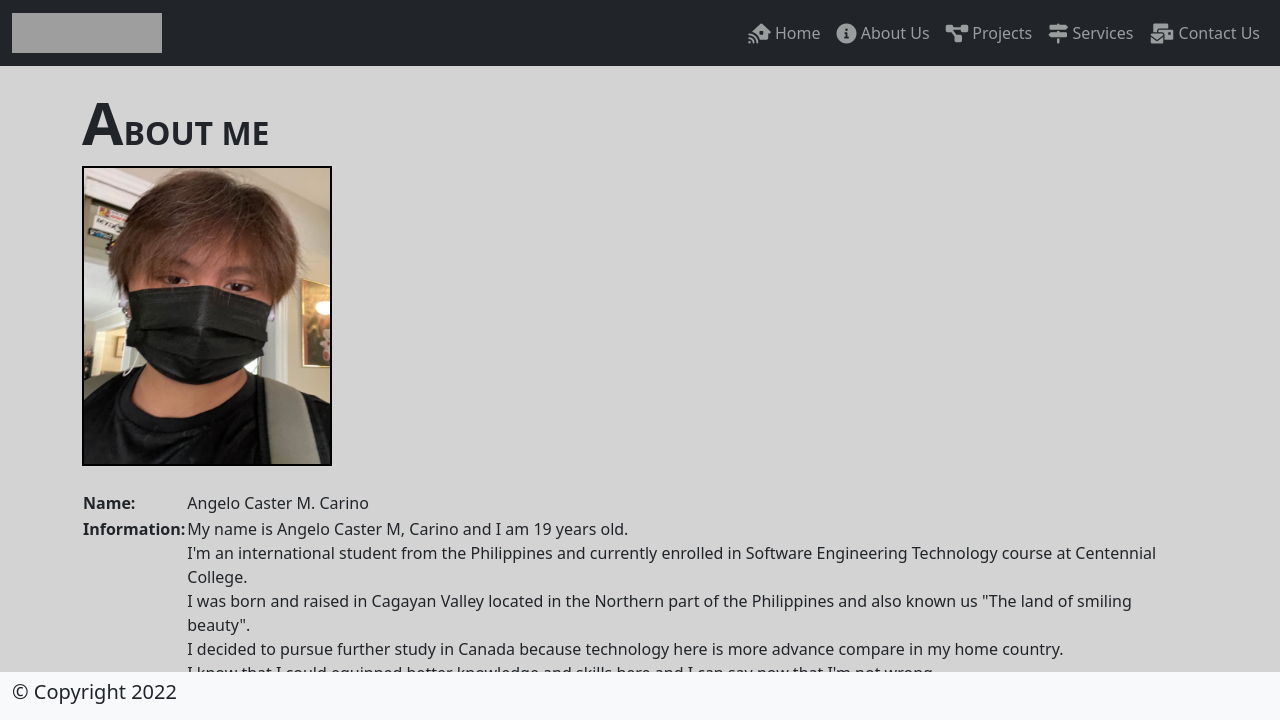
Repository: acarino4/Express-Portfolio-Site
Page: http://localhost/about
An editor plug-in stored every save of this project. The page is shown before and after the next save, followed by the edit.
The browser window is 1280 px wide. The pictures show the whole page.
Pictures or frames that could not be fetched are drawn as grey boxes. The page is served by the project's Node server (server.js).

Above is the page before, as saved 2022-10-08 18:38:18.

After the next save:
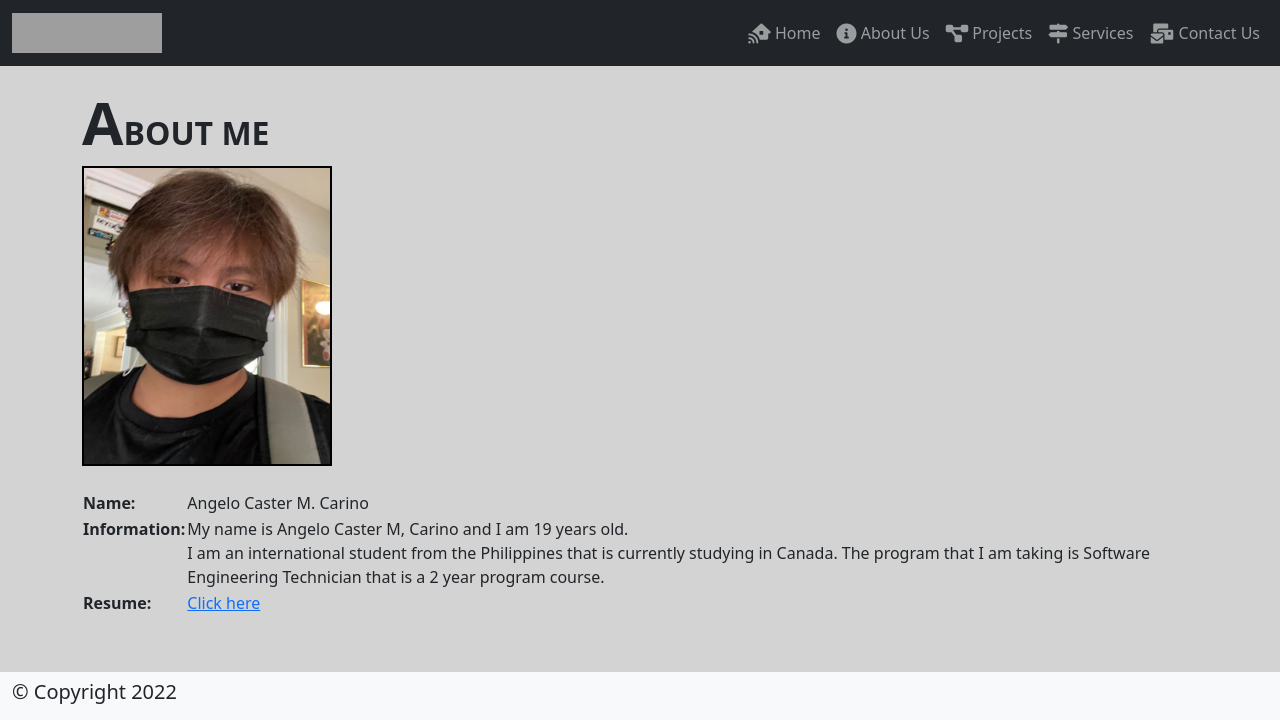
Saved 2 min 48 s later.
--- a/Server/Views/content/about.ejs
+++ b/Server/Views/content/about.ejs
@@ -29,12 +29,9 @@
             <!-- Short paragraph of who I am -->
             <td valign="top"><strong> Information: </strong> </td>
             <td>My name is Angelo Caster M, Carino and I am 19 years old.<br>
-                I'm an international student from the Philippines and currently enrolled in
-                Software Engineering Technology course at Centennial College. <br>
-                I was born and raised in Cagayan Valley located in the Northern part of the Philippines and also known us
-                "The land of smiling beauty".<br>
-                I decided to pursue further study in Canada because technology here is more advance compare in my home country. <br>
-                I know that I could equipped better knowledge and skills here and I can say now that I'm not wrong.
+                I am an international student from the Philippines that is currently studying in Canada.
+                The program that I am taking is Software Engineering Technician that is a 2 year program course.
+
             </td>
         </tr>
 
